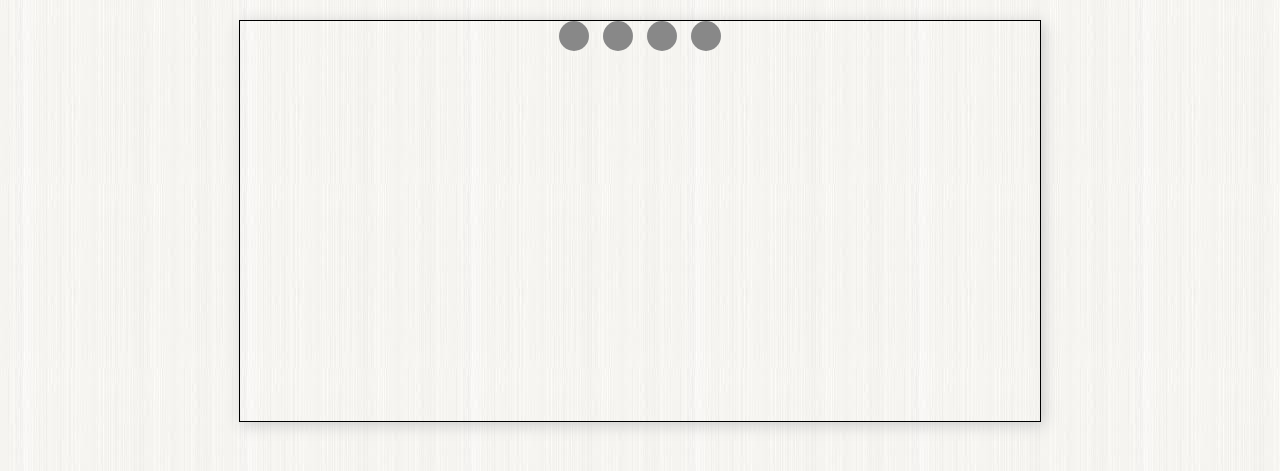
Repository: lauroPereira/study
Page: http://localhost/modules/home/home.php
The author's editor kept a copy of each file at every save. The page is drawn from the files as they stood at one save, then again after the next save.
The browser window is 1280 px wide. The pictures show the whole page.
The page is run by PHP 8.4 with error messages shown; the project is at /var/www/html/.

Above is the page before, as saved 2016-06-14 04:29:39.

After the next save:
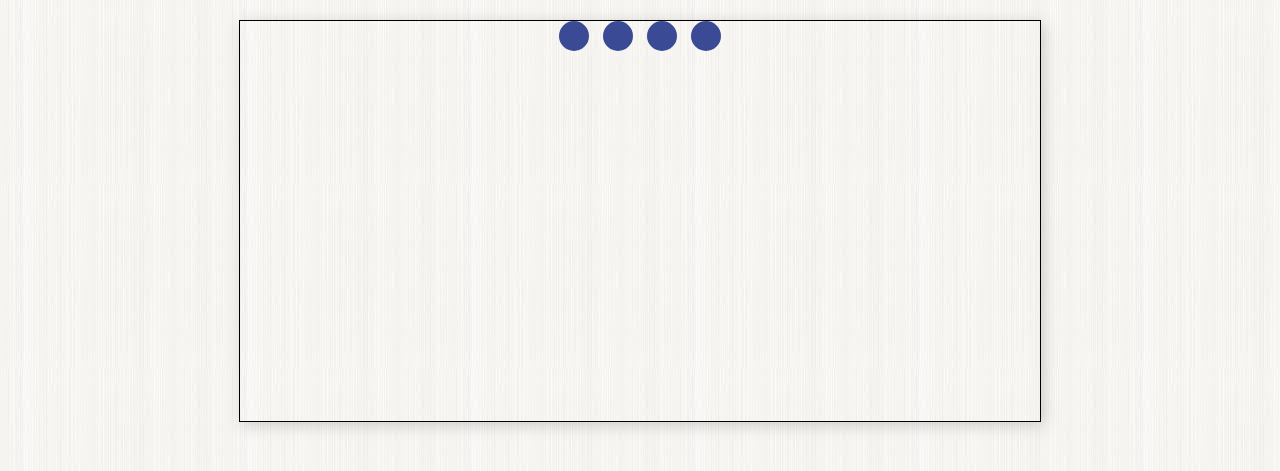
Saved 47 s later.
--- a/TrabalhoFinalWeb/css/home.css
+++ b/TrabalhoFinalWeb/css/home.css
@@ -13,7 +13,7 @@
 	height: 30px;
 	width: 30px;
 	border-radius: 50%;
-	background-color: #888;
+	background-color: #3A4A95;
 	display: inline-block;
 	margin: 0 auto;
 }
